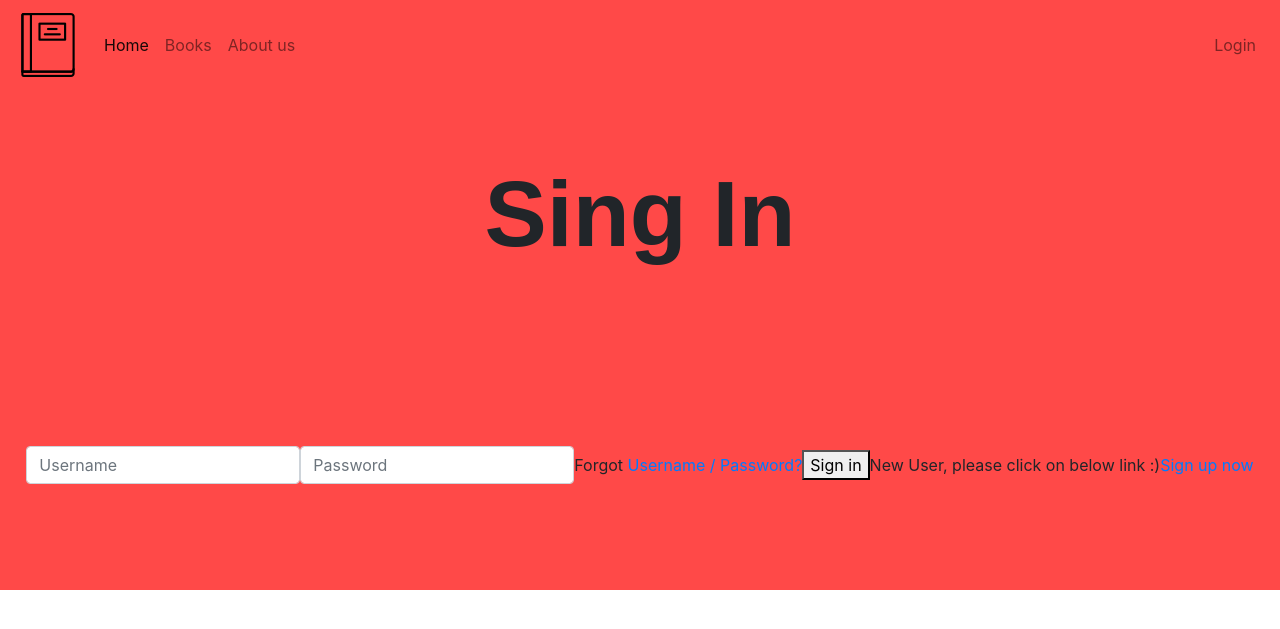
Repository: abhishekgandhi2398/BookStore
Page: http://localhost/BookStore/ulogin.jsp
The author's editor kept a copy of each file at every save. The page is drawn from the files as they stood at one save, then again after the next save.
The browser window is 1280 px wide. The pictures show the whole page.
The page is served by Tomcat 9. Other server files are loaded and not shown.

Above is the page before, as saved 2019-12-06 15:21:08.
Console error: TypeError: Cannot read properties of undefined (reading 'fn')

### ProjectJava/BookStore/WebContent/ulogin.jsp
<%@ page language="java" contentType="text/html; charset=ISO-8859-1"
    pageEncoding="ISO-8859-1"%>
<!DOCTYPE html>
<html>
<head>
<meta charset="ISO-8859-1">

<link rel="stylesheet" href="https://maxcdn.bootstrapcdn.com/bootstrap/4.0.0/css/bootstrap.min.css">
<script src="https://maxcdn.bootstrapcdn.com/bootstrap/4.0.0/js/bootstrap.min.js"></script>


<title>Insert title here</title>
</head>
<body>


<nav class="navbar navbar-expand-lg navbar-light" style="background-color: #FF4948">
  <img src="img/logo.png" class="navbar-brand">
  <button class="navbar-toggler" type="button" data-toggle="collapse" data-target="#navbarTogglerDemo02" aria-controls="navbarTogglerDemo02" aria-expanded="false" aria-label="Toggle navigation">
    <span class="navbar-toggler-icon"></span>
  </button>

  <div class="collapse navbar-collapse" id="navbarTogglerDemo02">
    <ul class="navbar-nav mr-auto mt-2 mt-lg-0">
      <li class="nav-item active">
        <a class="nav-link" href="1.jsp">Home <span class="sr-only">(current)</span></a>
      </li>
      <li class="nav-item">
        <a class="nav-link" href="User_Products.jsp">Books</a>
      </li>
      <li class="nav-item">
        <a class="nav-link" href="#">About us</a>
      </li>
    </ul>

    <form class="form-inline my-2 my-lg-0">
        <ul class="navbar-nav mr-auto mt-2 mt-lg-0">

     <%
String q=(String)session.getAttribute("mobno");

if(q==null)
{
     %>
       <li class="nav-item">
        <a class="nav-link" href="ulogin.jsp">Login</a>
      </li>
<%}
else
{ %>
      <li class="nav-item">
        <a class="nav-link" href="vc.jsp">View Cart</a>
      </li>
      <li class="nav-item">
        <a class="nav-link" href="vieworderuser.jsp">View Orders</a>
      </li>
        <li class="nav-item">
        <a class="nav-link" href="ulogout.jsp">Logout</a>
      </li>

  <%      }


%>
      </ul>


    </form>
  </div>
</nav>


<div style="background-color: #FF4948; height: 250px; width: 100%;" class="d-flex justify-content-center  align-items-center">



					<b style="font-family: sans-serif; font-size: 70pt;">Sing In</b>
</div>

<div style="background-color: #FF4948; height: 250px; width: 100%;" class="d-flex justify-content-center  align-items-center">

					<br>
					<br>

					<div class="wrap-input100 validate-input m-b-16" data-validate="Please enter Mobile No.">
						<input class="form-control" type="number" name="mobile" placeholder="Username">
						<span class="focus-input100"></span>
					</div>

					<div class="wrap-input100 validate-input" data-validate = "Please enter password">
						<input class="form-control" type="password" name="password" placeholder="Password">
						<span class="focus-input100"></span>
					</div>

					<div class="text-right p-t-13 p-b-23">
						<span class="txt1">
							Forgot
						</span>

						<a href="#" class="txt2">
							Username / Password?
						</a>
					</div>

					<div class="container-login100-form-btn">
						<button class="login100-form-btn">
							Sign in
						</button>
					</div>


					<br>

						<span class="txt1 p-b-">
							New User, please click on below link :)
						</span>
					<br>
					<br>

						<a href="new_user.jsp" class="txt3">
							Sign up now
						</a>
					<br>
					<br>
	</div>
				</form>
			</div>
		</div>
	</div>



</div>


</body>
</html>

After the next save:
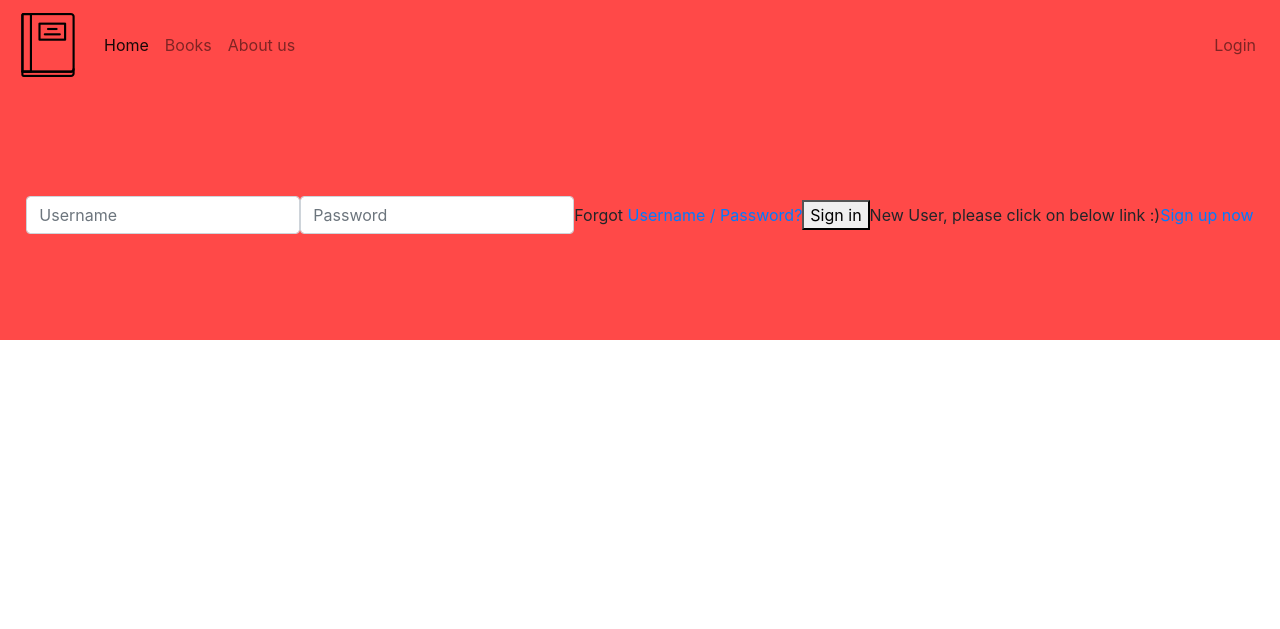
Saved 6 s later.
--- a/ProjectJava/BookStore/WebContent/ulogin.jsp
+++ b/ProjectJava/BookStore/WebContent/ulogin.jsp
@@ -70,12 +70,7 @@ else
 </nav>
 
 
-<div style="background-color: #FF4948; height: 250px; width: 100%;" class="d-flex justify-content-center  align-items-center">
 
-
-
-					<b style="font-family: sans-serif; font-size: 70pt;">Sing In</b>
-</div>
 
 <div style="background-color: #FF4948; height: 250px; width: 100%;" class="d-flex justify-content-center  align-items-center">
 
